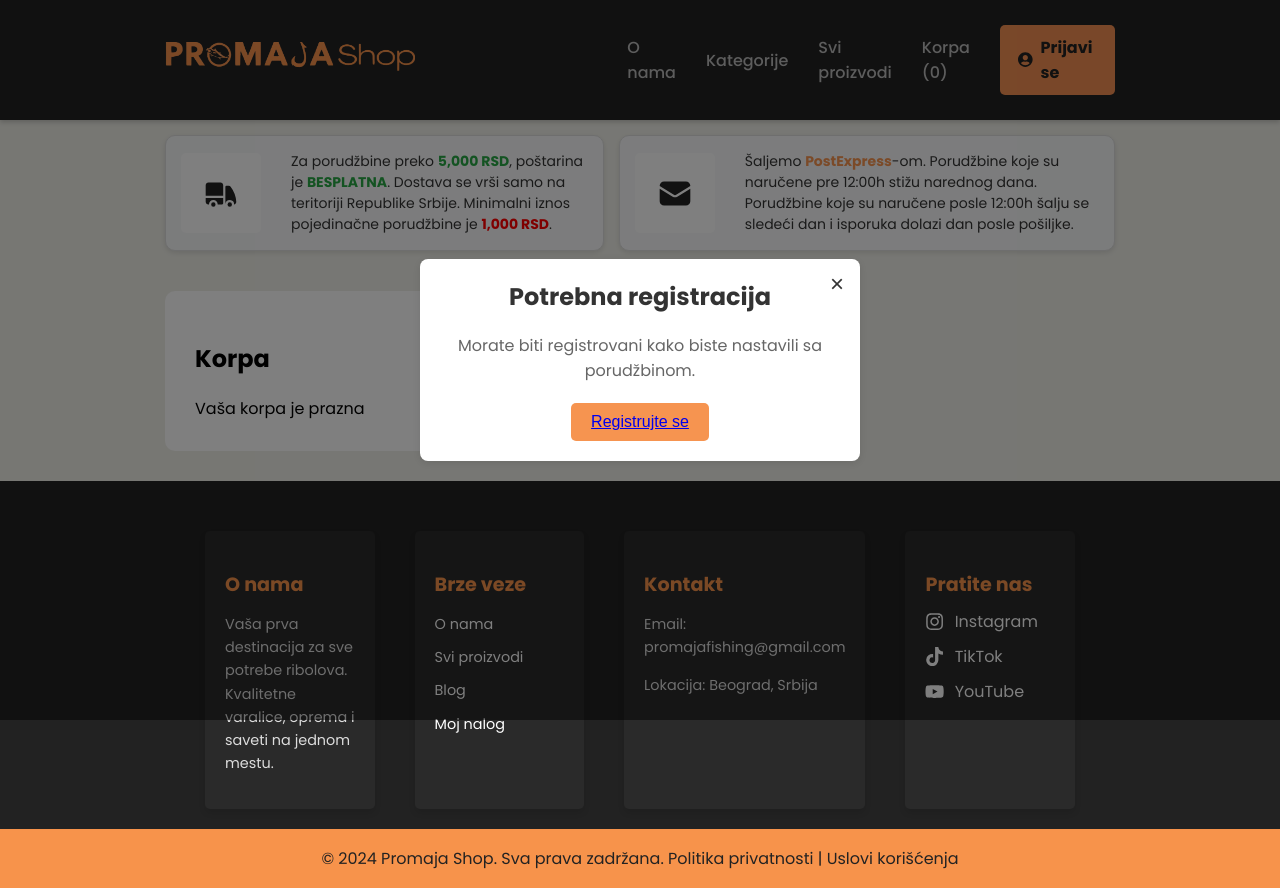
Repository: dimitrijekokovic/PromajaShopFront
Page: /cart
An editor plug-in stored every save of this project. The page is shown before and after a run of saves, followed by the edit.
The browser window is 1280 px wide. The pictures show the whole page.
The page's requests for data from a server got no answer. The project was rebuilt for these pictures with package versions that can differ from the ones it lists, and the page was loaded fresh each time. The framework's server and built-in components were replaced by stand-ins that run in the browser. No one was signed in, and anything a server would have sent is missing. Also part of the build but not shown: next.config.js, next.config.mjs, lib/colors.js, components/Button.js, components/Table.js, components/Input.js.

Above is the page before, as saved 2025-02-20 15:08:16.

### pages/_app.js
import React, { useEffect } from "react";
import { SessionProvider } from "next-auth/react";
import { CartContextProvider } from "@/components/CartContext";
import AOS from "aos";
import "aos/dist/aos.css";
import { AnimatePresence, motion } from "framer-motion";
import { createGlobalStyle } from "styled-components";


const GlobalStyles = createGlobalStyle`
  body {
    background-color: #EFEFE8;
    padding: 0;
    margin: 0;
    font-family: 'Poppins', sans-serif;
  }
`;

export default function App({ Component, pageProps, router }) {
  useEffect(() => {
    AOS.init({
      duration: 1200, // Trajanje animacija
      once: true, // Animacije se dešavaju samo jednom
    });
  }, []);

  return (
    <>
    <GlobalStyles />
    <SessionProvider session={pageProps.session}>
      <CartContextProvider>
        <AnimatePresence mode="wait">
          <motion.div
             key={router.route}
             initial={{ opacity: 0, }}
             animate={{ opacity: 1, }}
             exit={{ opacity: 0 }}
             transition={{ duration: 0.3 }}
          >
            <Component {...pageProps} />
          </motion.div>
        </AnimatePresence>
      </CartContextProvider>
    </SessionProvider>
    </>
  );
}

### pages/_document.js
import Document, { Html, Head, Main, NextScript } from "next/document";
import { ServerStyleSheet } from "styled-components";

export default class MyDocument extends Document {
  static async getInitialProps(ctx) {
    const sheet = new ServerStyleSheet();
    const originalRenderPage = ctx.renderPage;

    try {
      ctx.renderPage = () =>
        originalRenderPage({
          enhanceApp: (App) => (props) =>
            sheet.collectStyles(<App {...props} />),
        });

      const initialProps = await Document.getInitialProps(ctx);
      return {
        ...initialProps,
        styles: (
          <>
            {initialProps.styles}
            {sheet.getStyleElement()}
          </>
        ),
      };
    } finally {
      sheet.seal();
    }
  }

  render() {
    return (
      <Html lang="en">
        <Head>
          <link
            href="https://fonts.googleapis.com/css2?family=Poppins:wght@400;500;700&display=swap'"
            rel="stylesheet"
          />
        </Head>
        <body>
          <Main />
          <NextScript />
        </body>
      </Html>
    );
  }
}

### components/CartContext.js
// CartContext.js
import { createContext, useEffect, useState, useContext } from "react";

export const CartContext = createContext({});

export function CartContextProvider({ children }) {
  const ls = typeof window !== "undefined" ? window.localStorage : null;
  const [cartProducts, setCartProducts] = useState([]);
  const [user, setUser] = useState(null);

  // Učitavanje podataka o korisniku iz localStorage prilikom inicijalizacije
  useEffect(() => {
    if (ls && ls.getItem("user")) {
      try {
        const storedUser = ls.getItem("user");
        if (storedUser !== "undefined") {
          const parsedUser = JSON.parse(storedUser);
          if (parsedUser?.email) {
            setUser(parsedUser); // Postavi korisnika samo ako je validan
          } else {
            console.warn("Neispravan korisnik u localStorage, uklanjam.");
            ls.removeItem("user");
          }
        } else {
          console.warn("Stored user je undefined, preskačem parsing.");
        }
      } catch (error) {
        console.error("Greška prilikom parsiranja korisnika iz localStorage:", error);
        ls.removeItem("user");
      }
    }
  }, [ls]);

  // Učitavanje proizvoda u korpi iz localStorage
  useEffect(() => {
    if (cartProducts?.length > 0) {
      ls?.setItem("cart", JSON.stringify(cartProducts));
    } else {
      ls?.removeItem("cart"); // Ako je korpa prazna, ukloni je iz localStorage
    }
  }, [cartProducts]);

  function addProduct(productId) {
    setCartProducts((prev) => [...prev, productId]);
  }

  function removeProduct(productId) {
    setCartProducts((prev) => {
      const pos = prev.indexOf(productId);
      if (pos !== -1) {
        return prev.filter((_, index) => index !== pos);
      }
      return prev;
    });
  }

  function clearCart() {
    setCartProducts([]);
    ls?.removeItem("cart"); // Obriši korpu iz localStorage
  }

  return (
    <CartContext.Provider
      value={{
        cartProducts,
        setCartProducts,
        addProduct,
        removeProduct,
        clearCart,
        user,
        setUser,
      }}
    >
      {children}
    </CartContext.Provider>
  );
}

export function useCart() {
  return useContext(CartContext);
}

### components/Center.js
import { Children } from "react";
import styled from "styled-components";

const StyledDiv = styled.div`
  max-width: 950px;
  margin: 0 auto;
  padding: 0;
  width: 100%;

  @media (max-width: 768px) {
    max-width: 100%;
  }
`;

export default function Center({ children }) {
  return <StyledDiv>{children}</StyledDiv>;
}

### components/Header.js
import Link from "next/link";
import styled from "styled-components";
import Center from "./Center";
import Image from "next/image";
import { CartContext } from "./CartContext";
import { useContext, useState, useEffect } from "react";
import { FaUserCircle, FaShoppingCart, FaBars } from "react-icons/fa";
import CategoriesDropdown from "./CategoriesDropdown";

const StyledHeader = styled.header`
  background-color: #222;
  color: #FFA500;
  padding: 25px 40px; /* Više prostora na desktopu da se ne zbiju stavke */
  box-shadow: 0 2px 5px rgba(0, 0, 0, 0.2);
`;

const Wrapper = styled.div`
  display: flex;
  justify-content: space-between;
  align-items: center;
  position: relative;
`;

const StyledNav = styled.nav`
  display: flex;
  gap: 30px; /* Veći razmak među stavkama u meniju */
  align-items: center;

  @media (max-width: 768px) {
    display: ${(props) => (props.open ? "flex" : "none")};
    flex-direction: column;
    position: absolute;
    top: 70px;
    left: 0;
    right: 0;
    background-color: #222;
    padding: 20px;
    border-radius: 0 0 10px 10px;
    z-index: 10;
    box-shadow: 0 2px 5px rgba(0, 0, 0, 0.3);
  }
`;

const NavLink = styled(Link)`
  color: #bbbbbb;
  text-decoration: none;
  font-size: 16px;
  font-weight: 500;
  display: flex;
  align-items: center;
  transition: color 0.3s ease;

  &:hover {
    color: #fff;
  }

  @media (max-width: 768px) {
    ${({ hideOnMobile }) => hideOnMobile && "display: none;"} /* Sakrivamo Korpu na telefonima */
  }
`;

const LoginButton = styled(Link)`
  display: flex;
  align-items: center;
  justify-content: center;
  padding: 10px 18px; /* Malo veće dugme za desktop */
  background-color: #f39052;
  color: #222222;
  text-decoration: none;
  border-radius: 5px;
  font-weight: bold;
  font-size: 16px;
  transition: background-color 0.3s ease;

  &:hover {
    background-color: #e69500;
  }

  svg {
    margin-right: 8px;
    font-size: 1.2rem;
  }
`;

const HamburgerMenu = styled.div`
  display: none;
  flex-direction: column;
  gap: 5px;
  cursor: pointer;

  div {
    width: 25px;
    height: 3px;
    background-color: #fff;
    border-radius: 2px;
  }

  @media (max-width: 768px) {
    display: flex;
  }
`;

const MobileHeaderWrapper = styled.div`
  display: flex;
  align-items: center;
  justify-content: space-between;
  width: 100%;
`;

/* Pomereno još ulevo da ne bude na logotipu */
const MobileCartWrapper = styled.div`
  display: none;

  @media (max-width: 768px) {
    display: flex;
    position: absolute;
    left: 5px; /* Još više ulevo */
    top: 50%;
    transform: translateY(-50%);
  }
`;

const MobileCartIcon = styled(Link)`
  color: #FFA500;
  font-size: 24px; /* Veća ikonica */
  display: flex;
  align-items: center;
`;

const LogoWrapper = styled.div`
  max-width: 250px;

  @media (max-width: 768px) {
    max-width: 160px;
  }

  img {
    width: 100%;
    height: auto;
  }
`;

export default function Header() {
  const { cartProducts } = useContext(CartContext);
  const [isLoggedIn, setIsLoggedIn] = useState(false);
  const [menuOpen, setMenuOpen] = useState(false);

  useEffect(() => {
    const token = localStorage.getItem("token");
    setIsLoggedIn(!!token);
  }, []);

  return (
    <StyledHeader>
      <Center>
        <Wrapper>
          <MobileHeaderWrapper>
            {/* Mobilna Korpa - Pomereno da ne bude na logotipu */}
            <MobileCartWrapper>
              <MobileCartIcon href="/cart">
                <FaShoppingCart />
              </MobileCartIcon>
            </MobileCartWrapper>

            {/* Logo */}
            <Link href="/">
              <LogoWrapper>
                <Image
                  src="/logo.png"
                  alt="PromajaShop Logo"
                  width={250}
                  height={50}
                  priority
                />
              </LogoWrapper>
            </Link>

            {/* Hamburger meni */}
            <HamburgerMenu onClick={() => setMenuOpen(!menuOpen)}>
              <div />
              <div />
              <div />
            </HamburgerMenu>
          </MobileHeaderWrapper>

          {/* Navigacija */}
          <StyledNav open={menuOpen}>
            <NavLink href="/aboutus">O nama</NavLink>
            <CategoriesDropdown />
            <NavLink href="/products">Svi proizvodi</NavLink>
            <NavLink href="/cart" hideOnMobile>Korpa ({cartProducts?.length || 0})</NavLink>

            {isLoggedIn ? (
              <LoginButton href="/account">
                <FaUserCircle /> Moj nalog
              </LoginButton>
            ) : (
              <LoginButton href="/login">
                <FaUserCircle /> Prijavi se
              </LoginButton>
            )}
          </StyledNav>
        </Wrapper>
      </Center>
    </StyledHeader>
  );
}

### components/Modal.js
import styled from "styled-components";

const Overlay = styled.div`
  position: fixed;
  top: 0;
  left: 0;
  width: 100%;
  height: 100%;
  background: rgba(0, 0, 0, 0.5);
  display: flex;
  justify-content: center;
  align-items: center;
  z-index: 1000;
`;

const ModalContent = styled.div`
  background: white;
  border-radius: 8px;
  padding: 20px;
  width: 90%;
  max-width: 400px;
  text-align: center;
  box-shadow: 0 2px 10px rgba(0, 0, 0, 0.1);
  position: relative;
`;

export const ModalHeader = styled.h2`
  margin-top: 0;
  color: #333;
`;

export const ModalText = styled.p`
  color: #666;
  font-size: 1rem;
  margin: 15px 0;
  text-align: center;
`;

export const ButtonWrapper = styled.div`
  display: flex;
  justify-content: center;
  gap: 10px;
  margin-top: 20px;
`;

export const ModalButton = styled.button`
  background: ${({ primary }) => (primary ? "#F69450" : "#F69150")};
  color: ${({ primary }) => (primary ? "#fff" : "#333")};
  border: none;
  border-radius: 5px;
  padding: 10px 20px;
  cursor: pointer;
  font-size: 1rem;
  transition: background 0.3s;

  &:hover {
    background: ${({ primary }) => (primary ? "#d6d6d6" : "#bbb")};
  }
`;

const CloseButton = styled.button`
    position: absolute;
    top: 10px;
    right: 10px;
    background: none;
    border: none;
    font-size: 1.5rem;
    cursor: pointer;
    color: #333;

    &:hover {
    color: #ff0000;
    }
`;

export default function Modal({ show, onClose, children }) {
  if (!show) return null;

  return (
    <Overlay onClick={onClose}>
      <ModalContent onClick={(e) => e.stopPropagation()}>
        <CloseButton onClick={onClose}>&times;</CloseButton>
        {children}
      </ModalContent>
    </Overlay>
  );
}

### components/Footer.js
import Link from "next/link";
import styled from "styled-components";
import { FaInstagram, FaYoutube, FaTiktok } from "react-icons/fa";
import Center from "./Center";

const FooterContainer = styled.footer`
  background-color: #222;
  color: #fff;
  padding-top: 30px;
  margin-top:30px;
`;

const FooterContent = styled.div`
  display: grid;
  grid-template-columns: repeat(4, 1fr);
  gap: 40px;
  max-width: 1200px;
  margin: 0 auto;
  padding: 20px 40px;

  @media (max-width: 768px) {
    grid-template-columns: repeat(2, 1fr);
    gap: 20px;
  }

  @media (max-width: 480px) {
    grid-template-columns: 1fr;
    gap: 10px;
  }
`;


const FooterSection = styled.div`
  background-color: #2a2a2a; /* Tamnija pozadina unutar sekcija */
  padding: 20px;
  border-radius: 5px; /* Blagi zaobljeni uglovi */
  box-shadow: 0 4px 6px rgba(0, 0, 0, 0.1); /* Blagi efekat senke */

  h3 {
    margin-bottom: 10px;
    font-size: 1.2rem;
    text-align: left;
    color: #f7934b; /* Narandžasta za naslove */
  }

  p, ul {
    font-size: 0.9rem;
    line-height: 1.6;
    text-align: left;
    color: #ddd; /* Svetliji tekst */
  }

  ul {
    list-style: none;
    padding: 0;
  }

  li {
    margin-bottom: 10px;

    a {
      color: #fff;
      text-decoration: none;
      transition: color 0.3s ease; /* Tranzicija za hover efekat */

      &:hover {
        color: #ff6600; /* Promena boje na hover */
      }
    }
  }
`;

const SocialLinks = styled.div`
  display: flex;
  flex-direction: column;
  align-items: flex-start;

  a {
    display: flex;
    align-items: center;
    gap: 10px;
    margin-bottom: 10px;
    color: #fff;
    text-decoration: none;
    transition: color 0.3s ease; /* Tranzicija za hover efekat */

    &:hover {
      color: #f7934b; /* Promena boje na hover */
    }

    svg {
      font-size: 1.2rem;
    }
  }
`;


const LegalSection = styled.div`
  background-color: #f7934b;
  text-align: center;
  padding: 1px;
  color: #222222;
  font-size: 1rem; /* Povećan font */

  a {
    color: #222222;
    text-decoration: none;

    &:hover {
      text-decoration: underline;
    }
  }
`;

export default function Footer() {
    return (
      <FooterContainer>
        <Center>
        <FooterContent>
          <FooterSection>
            <h3>O nama</h3>
            <p>
              Vaša prva destinacija za sve potrebe ribolova. Kvalitetne varalice,
              oprema i saveti na jednom mestu.
            </p>
          </FooterSection>

          {/* Linkovi */}
          <FooterSection>
            <h3>Brze veze</h3>
            <ul>
              <li>
                <Link href="/aboutus" legacyBehavior>
                  <a>O nama</a>
                </Link>
              </li>
              <li>
                <Link href="/products" legacyBehavior>
                  <a>Svi proizvodi</a>
                </Link>
              </li>
              <li>
                <Link href="/blog" legacyBehavior>
                  <a>Blog</a>
                </Link>
              </li>
              <li>
                <Link href="/account" legacyBehavior>
                  <a>Moj nalog</a>
                </Link>
              </li>
            </ul>
          </FooterSection>

          {/* Kontakt informacije */}
          <FooterSection>
          <h3>Kontakt</h3>
          <p>Email: promajafishing@gmail.com</p>
          <p>Lokacija: Beograd, Srbija</p>
          </FooterSection>

          {/* Društvene mreže */}
          <FooterSection>
            <h3>Pratite nas</h3>
            <SocialLinks>
            <Link  href="https://www.instagram.com/promajafishing/" legacyBehavior>
                <a target="_blank">
                  <FaInstagram /> Instagram
                </a>
              </Link>
              <Link href="https://www.tiktok.com/@promajafishing?lang=en" legacyBehavior>
                <a target="_blank">
                  <FaTiktok /> TikTok
                </a>
              </Link>

              <Link href="https://www.youtube.com/@PromajaFishing" legacyBehavior>
                <a target="_blank">
                  <FaYoutube /> YouTube
                </a>
              </Link>
            </SocialLinks>
          </FooterSection>
        </FooterContent>
        </Center>
        {/* Pravna napomena */}
        <LegalSection>
          <p>
            &copy; 2024 Promaja Shop. Sva prava zadržana.{" "}
            <Link href="/privatnost" legacyBehavior>
              <a>Politika privatnosti</a>
            </Link>{" "}
            |{" "}
            <Link href="/uslovi" legacyBehavior>
              <a>Uslovi korišćenja</a>
            </Link>
          </p>
        </LegalSection>
      </FooterContainer>
    );
  }

### components/CategoriesDropdown.js
import { useEffect, useState } from "react";
import styled from "styled-components";
import Link from "next/link";

const DropdownContainer = styled.div`
  position: relative;
`;

const Trigger = styled.div`
  cursor: pointer;
  color: ${(props) => (props.isActive ? "#ffa500" : "#bbbbbb")};
  font-size: 16px;
  font-weight: 500;

  &:hover {
    color: #fff;
  }

  @media (max-width: 768px) {
    font-size: 18px;
    padding: 10px;
    text-align: left;
  }
`;
const DropdownMenu = styled.ul`
  position: absolute;
  top: 100%;
  left: 0;
  background: #333;
  padding: 15px 20px;
  border-radius: 8px;
  box-shadow: 0 8px 15px rgba(0, 0, 0, 0.2);
  list-style: none;
  z-index: 10;
  display: ${(props) => (props.isOpen ? "block" : "none")};
  width: 250px;

  li {
    margin: 10px 0;
    font-size: 16px;
    position: relative;

    &:hover > ul {
      display: block;
    }
  }

  a {
    color: #fff;
    text-decoration: none;
    font-size: 15px;
    transition: all 0.3s ease-in-out;

    &:hover {
      color: #f7934b;
    }
  }

  @media (max-width: 768px) {
    display: none;
  }
`;

const SubMenu = styled.ul`
  position: absolute;
  top: 0;
  left: 100%;
  background: #444;
  padding: 10px 15px;
  border-radius: 8px;
  box-shadow: 0 8px 15px rgba(0, 0, 0, 0.2);
  list-style: none;
  display: none;
  width: 200px;

  li {
    margin-bottom: 10px;
  }

  a {
    color: #fff;
    text-decoration: none;
    font-size: 15px;

    &:hover {
      color: #f7934b;
    }
  }

  @media (max-width: 768px) {
    position: static;
    width: 100%;
    padding: 0;
    background: none;
    border: none;
    box-shadow: none;
  }
`;

const MobileMenu = styled.div`
  position: fixed;
  top: 0;
  left: 0;
  width: 100%;
  height: 100%;
  background: rgba(0, 0, 0, 0.95);
  color: #fff;
  z-index: 20;
  overflow-y: auto;
  padding: 20px;
  display: flex;
  flex-direction: column;
  align-items: flex-start;

  @media (min-width: 769px) {
    display: none;
  }

  button {
    position: absolute;
    top: 10px;
    right: 20px;
    background: none;
    border: none;
    color: #ffa500;
    font-size: 24px;
    font-weight: bold;
    cursor: pointer;
  }

  ul {
    list-style: none;
    padding: 0;
    margin: 0;
    text-align: left;
    width: 100%;
  }

  li {
    margin: 15px 0;
  }

  a {
    color: #fff;
    text-decoration: none;
    font-size: 18px;
    font-weight: bold;

    &:hover {
      color: #ffa500;
    }
  }
`;

const BackButton = styled.button`
  background: none;
  border: none;
  color: #ffa500;
  font-size: 18px;
  font-weight: bold;
  cursor: pointer;

  position: absoulte;
  left: 20px;
  top: 20px; /* Razmak od vrha */
`;

const CloseButton = styled.button`
  background: none;
  border: none;
  color: #ffa500;
  font-size: 18px;
  font-weight: bold;
  cursor: pointer;
  position: absolute;
  right: ;
  top: 20px; /* Razmak od vrha */
`;

export default function CategoriesDropdown() {
  const [categories, setCategories] = useState([]);
  const [isOpen, setIsOpen] = useState(false);
  const [currentMenu, setCurrentMenu] = useState("main"); // Track current menu (main or subcategories)
  const [showMobileMenu, setShowMobileMenu] = useState(false);
  let timeoutId;

  useEffect(() => {
    const fetchCategories = async () => {
      try {
        const res = await fetch("/api/categories");
        const data = await res.json();
        setCategories(data);
      } catch (error) {
        console.error("Greška pri učitavanju kategorija:", error);
      }
    };
    fetchCategories();
  }, []);

  const mainCategories = categories.filter((cat) => !cat.parent);

  const handleMouseEnter = () => {
    clearTimeout(timeoutId);
    setIsOpen(true);
  };

  const handleMouseLeave = () => {
    timeoutId = setTimeout(() => setIsOpen(false), 50);
  };

  const renderMenuItems = () => {
    if (currentMenu === "main") {
      return mainCategories.map((mainCategory) => (
        <li key={mainCategory._id}>
          <a
            href="#"
            onClick={(e) => {
              e.preventDefault();
              const hasSubcategories = categories.some(
                (cat) => cat.parent?._id === mainCategory._id
              );
              if (hasSubcategories) {
                setCurrentMenu(mainCategory._id);
              } else {
                setShowMobileMenu(false); // Zatvara hamburger meni
              }
            }}
          >
            {mainCategory.name}
          </a>
        </li>
      ));
    } else {
      const subCategories = categories.filter(
        (cat) => cat.parent?._id === currentMenu
      );
      return (
        <>
          <BackButton onClick={() => setCurrentMenu("main")}>← Nazad</BackButton>
          {subCategories.map((subCategory) => (
            <li key={subCategory._id}>
              <Link
                href={`/categories/${subCategory.slug}`}
                onClick={() => {
                  setShowMobileMenu(false); // Zatvara hamburger meni
                  setCurrentMenu("main"); // Resetuje meni na glavni
                }}
              >
                {subCategory.name}
              </Link>
            </li>
          ))}
        </>
      );
    }
  };

  return (
    <>
      <DropdownContainer
        onMouseEnter={handleMouseEnter}
        onMouseLeave={handleMouseLeave}
      >
        <Trigger onClick={() => setShowMobileMenu(true)}>Kategorije</Trigger>
        <DropdownMenu isOpen={isOpen}>{renderMenuItems()}</DropdownMenu>
      </DropdownContainer>

      {showMobileMenu && (
        <MobileMenu>
          <CloseButton  onClick={() => setShowMobileMenu(false)}>× Zatvori</CloseButton >
          <ul>{renderMenuItems()}</ul>
        </MobileMenu>
      )}
    </>
  );
}

Loaded but not shown: pages/cart.js (458 lines, source omitted)

After the next 2 saves:
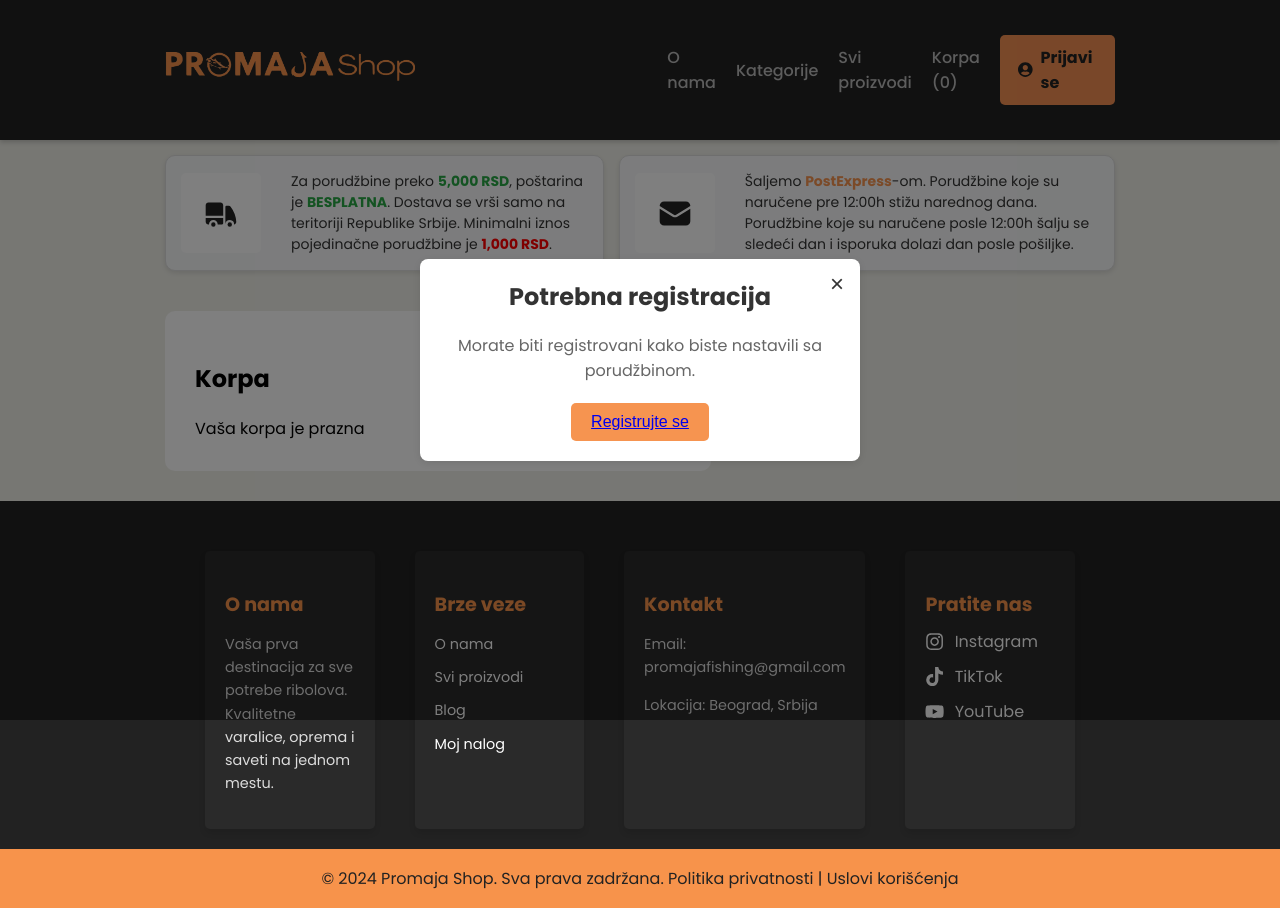
The 2 saves are shown as one change because they came seconds apart.
The last was saved 3 h 33 min later.
--- a/components/Header.js
+++ b/components/Header.js
@@ -10,7 +10,7 @@ import CategoriesDropdown from "./CategoriesDropdown";
 const StyledHeader = styled.header`
   background-color: #222;
   color: #FFA500;
-  padding: 25px 40px; /* Više prostora na desktopu da se ne zbiju stavke */
+  padding: 35px 25px; /* Više prostora na desktopu da se ne zbiju stavke */
   box-shadow: 0 2px 5px rgba(0, 0, 0, 0.2);
 `;
 
@@ -23,7 +23,7 @@ const Wrapper = styled.div`
 
 const StyledNav = styled.nav`
   display: flex;
-  gap: 30px; /* Veći razmak među stavkama u meniju */
+  gap: 20px; /* Veći razmak među stavkama u meniju */
   align-items: center;
 
   @media (max-width: 768px) {
